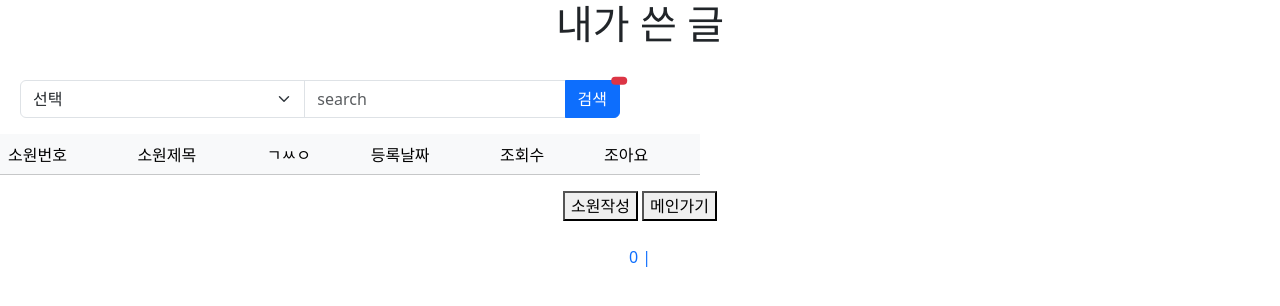
Repository: sujeong1799/JSP
Page: http://localhost/java_study/board/list.jsp
These files come from the project's save history. The page is drawn as it stood at one moment and after the next save; the edit follows.
The browser window is 1280 px wide. The pictures show the whole page.
The page is served by Tomcat 9. The template is opened directly, without the code that normally fills it, so the values that code supplies are empty.

Above is the page before, as saved 2023-05-24 07:15:58.

After the next save:
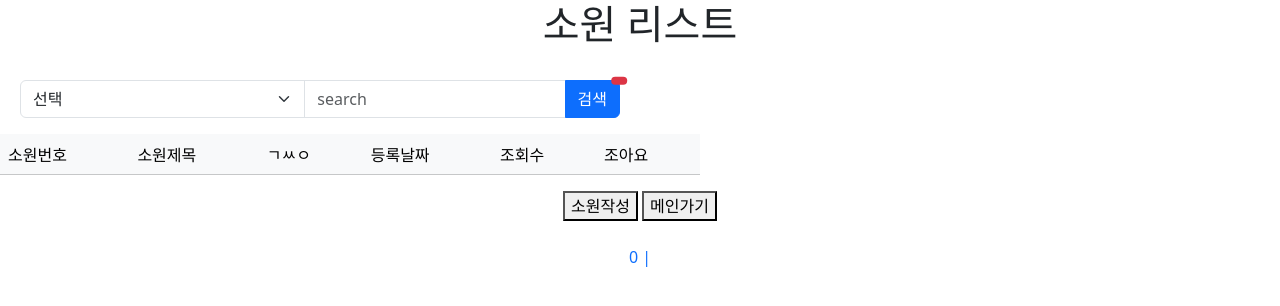
Saved 90 s later.
--- a/jsp_project3-1/java_study/src/main/webapp/board/list.jsp
+++ b/jsp_project3-1/java_study/src/main/webapp/board/list.jsp
@@ -13,7 +13,7 @@
 <title>소원리스트</title>
 </head>
 <body>
-	<h1 align="center">내가 쓴 글</h1>
+	<h1 align="center">소원 리스트</h1>
 	<br>
 	<!-- 검색라인 -->
 	<div class="col-sm-12 col-md-6" align="center">
